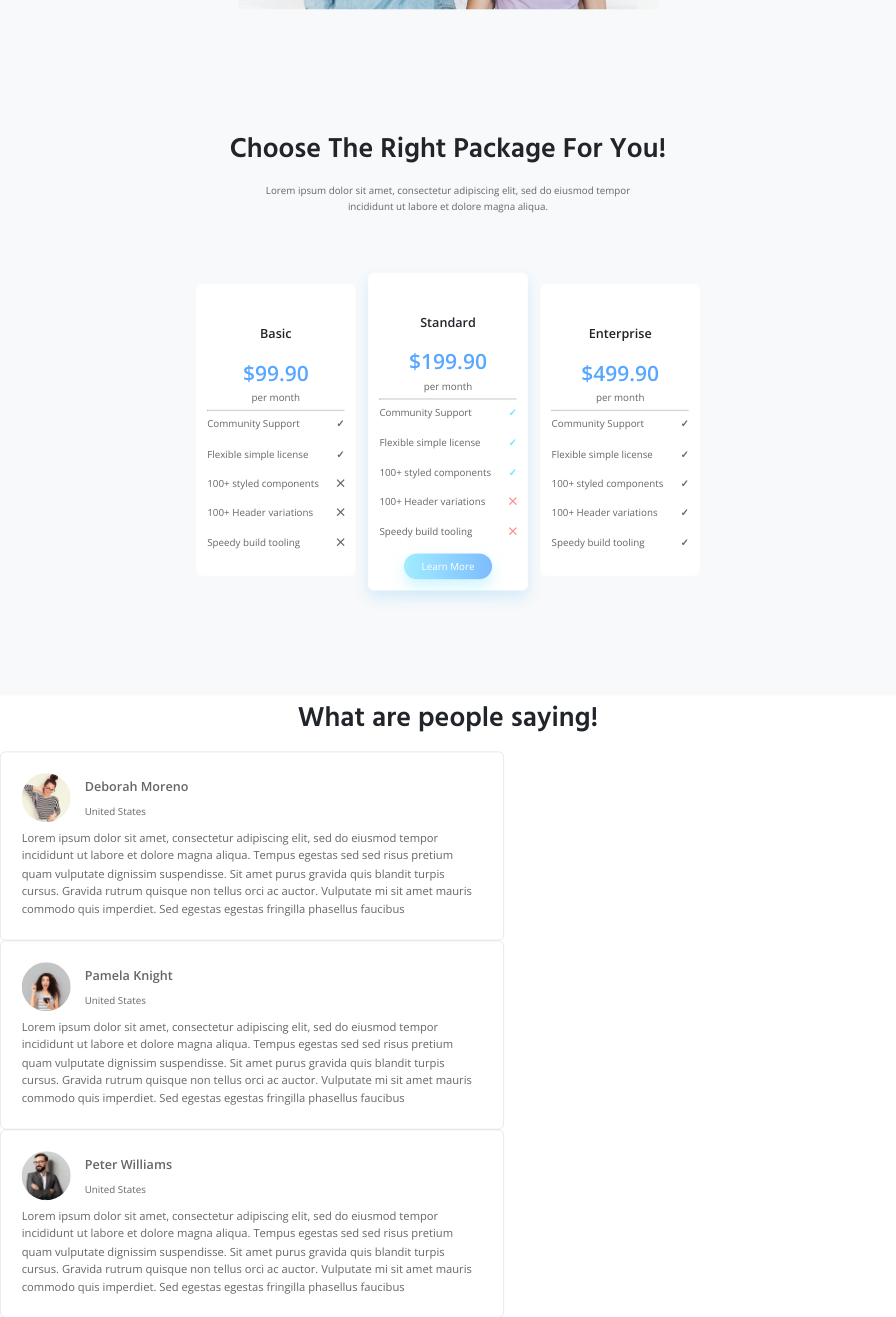
Repository: Sc-Juju/CodeRad
Page: index.html
An editor plug-in stored every save of this project. The page is shown before and after the next save, followed by the edit.
The browser window is 1280 px wide. The pictures show the part of the page from y = 2322 to 4242 px (the page is 4204 px tall before and 4242 px after), at 70% of full size.

Above is the page before, as saved 2022-11-11 21:39:09.

### index.html
<!DOCTYPE html>
<html>
	<head>
		<meta charset="utf-8" />
		<meta http-equiv="X-UA-Compatible" content="IE=edge" />
		<title>CodeRad</title>
		<meta name="description" content="" />
		<meta name="viewport" content="width=device-width, initial-scale=1" />

		<link
			href="https://fonts.googleapis.com/css2?family=Open+Sans:wght@300;400;600;700&display=swap"
			rel="stylesheet"
		/>
		<link
			href="https://fonts.googleapis.com/css2?family=Hind:wght@300;400;500;600;700&display=swap"
			rel="stylesheet"
		/>

		<link rel="stylesheet" href="./css/default.css" />
		<link rel="stylesheet" href="./css/styles.css" />
		<link rel="stylesheet" href="./css/responsive.css" />
	</head>
	<body>
		<nav class="navbar nav">
			<div class="container">
				<button
					class="navbar-toggler"
					aria-expanded="false"
					aria-controls="navbarDropdown"
				>
					<span>&#9776;</span>
				</button>
				<a class="navbar-brand" href="index.html">CodeRad</a>
				<ul class="navbar-nav">
					<li class="nav-link">
						<a href="#">Home</a>
					</li>

					<li class="nav-link">
						<a href="#">Blog</a>
					</li>
					<li class="nav-link">
						<a href="#">Portfolio</a>
					</li>
					<li class="nav-link">
						<a href="#">Contact</a>
					</li>
				</ul>
			</div>
		</nav>

		<header class="bg-header">
			<div class="container">
				<div class="hero-wrapper">
					<h2 class="hero-header">
						Young in our spirits and <br />
						modern look.
					</h2>
					<a class="btn btn-white" href="#">Learn more</a>
				</div>
			</div>
		</header>
		<!--Why me-->
		<section>
			<div class="container why-me-wrapper">
				<div class="block-text">
					<span>Why choose me</span>
					<h2>
						Meeting Your Needs <br />
						In Website Building
					</h2>
					<p>
						Lorem ipsum dolor sit amet, consectetur adipiscing elit,
						sed do eiusmod tempor incididunt ut labore et dolore
						magna aliqua.
					</p>
					<a href="" class="btn btn-primary">Learn More</a>
				</div>
				<div>
					<img src="./CodeRad-assets/image2.svg" alt="Icon Chart" />
				</div>
			</div>
		</section>
		<!--Services-->
		<section class="bg-contrast">
			<div class="container service-grid">
				<div class="service-card">
					<span class="bg-color-1"></span>
					<div>
						<h3>Branding</h3>
						<p>
							Lorem ipsum dolor sit amet, consectetur adipiscing
							elit, sed do eiusmod tempor incididunt ut labore et
							dolore magna aliqua. Ut morbi tincidunt augue
							interdum velit euismod in pellentesque. Congue
							mauris rhoncus aenean vel.
						</p>
					</div>
				</div>
				<div class="service-card">
					<span class="bg-color-2"></span>
					<div>
						<h3>Design & UX</h3>
						<p>
							Lorem ipsum dolor sit amet, consectetur adipiscing
							elit, sed do eiusmod tempor incididunt ut labore et
							dolore magna aliqua. Ut morbi tincidunt augue
							interdum velit euismod in pellentesque. Congue
							mauris rhoncus aenean vel.
						</p>
					</div>
				</div>
				<div class="service-card">
					<span class="bg-color-3"></span>
					<div>
						<h3>Development</h3>
						<p>
							Lorem ipsum dolor sit amet, consectetur adipiscing
							elit, sed do eiusmod tempor incididunt ut labore et
							dolore magna aliqua. Ut morbi tincidunt augue
							interdum velit euismod in pellentesque. Congue
							mauris rhoncus aenean vel.
						</p>
					</div>
				</div>
				<div class="service-card">
					<span class="bg-color-4"></span>
					<div>
						<h3>User analysis</h3>
						<p>
							Lorem ipsum dolor sit amet, consectetur adipiscing
							elit, sed do eiusmod tempor incididunt ut labore et
							dolore magna aliqua. Ut morbi tincidunt augue
							interdum velit euismod in pellentesque. Congue
							mauris rhoncus aenean vel.
						</p>
					</div>
				</div>
				<div class="service-card">
					<span class="bg-color-5"></span>
					<div>
						<h3>UX Research</h3>
						<p>
							Lorem ipsum dolor sit amet, consectetur adipiscing
							elit, sed do eiusmod tempor incididunt ut labore et
							dolore magna aliqua. Ut morbi tincidunt augue
							interdum velit euismod in pellentesque. Congue
							mauris rhoncus aenean vel.
						</p>
					</div>
				</div>
				<div class="service-card">
					<span class="bg-color-6"></span>
					<div>
						<h3>SEO Service</h3>
						<p>
							Lorem ipsum dolor sit amet, consectetur adipiscing
							elit, sed do eiusmod tempor incididunt ut labore et
							dolore magna aliqua. Ut morbi tincidunt augue
							interdum velit euismod in pellentesque. Congue
							mauris rhoncus aenean vel.
						</p>
					</div>
				</div>
			</div>
		</section>

		<!--Video Demo-->
		<section class="video-demo">
			<div class="container">
				<div class="block-text">
					<h2>Telling Our Story</h2>
					<p>
						Lorem ipsum dolor sit amet, consectetur adipiscing elit,
						sed do eiusmod tempor <br />
						incididunt ut labore et dolore magna aliqua.
					</p>
				</div>
				<div class="video-box">
					<a href="#" class="video-btn">
						<img
							src="./CodeRad-assets/play.svg"
							alt="Play Video Button"
						/>
					</a>
					<img
						src="./CodeRad-assets/demo-video-thumbnail.jpg"
						alt="Video thumbnail"
					/>
				</div>
			</div>
		</section>

		<!--Pricing plans-->
		<section class="bg-contrast">
			<div class="block-text pricing-header">
				<h2>Choose The Right Package For You!</h2>
				<p>
					Lorem ipsum dolor sit amet, consectetur adipiscing elit, sed
					do eiusmod tempor <br />
					incididunt ut labore et dolore magna aliqua.
				</p>
			</div>
			<div class="pricing-table">
				<div class="price-card">
					<h3>Basic</h3>
					<div class="price">$99.90</div>
					<div class="billed">per month</div>
					<hr />
					<ul>
						<li>
							<span class="title">Community Support</span>
							<span class="icon">&#10003;</span>
						</li>
						<li>
							<span class="title">Flexible simple license</span>
							<span class="icon">&#10003;</span>
						</li>
						<li>
							<span class="title">100+ styled components</span>
							<span class="icon">&#10761;</span>
						</li>
						<li>
							<span class="title">100+ Header variations</span>
							<span class="icon">&#10761;</span>
						</li>
						<li>
							<span class="title">Speedy build tooling</span>
							<span class="icon">&#10761;</span>
						</li>
					</ul>
				</div>

				<div class="price-card featured">
					<h3>Standard</h3>
					<div class="price">$199.90</div>
					<div class="billed">per month</div>
					<hr />
					<ul>
						<li>
							<span class="title">Community Support</span>
							<span class="icon checked">&#10003;</span>
						</li>
						<li>
							<span class="title">Flexible simple license</span>
							<span class="icon checked">&#10003;</span>
						</li>
						<li>
							<span class="title">100+ styled components</span>
							<span class="icon checked">&#10003;</span>
						</li>
						<li>
							<span class="title">100+ Header variations</span>
							<span class="icon times">&#10761;</span>
						</li>
						<li>
							<span class="title">Speedy build tooling</span>
							<span class="icon times">&#10761;</span>
						</li>
						<div class="plan-btn-wrapper">
							<a href="" class="btn btn-primary">Learn More</a>
						</div>
					</ul>
				</div>

				<div class="price-card">
					<h3>Enterprise</h3>
					<div class="price">$499.90</div>
					<div class="billed">per month</div>
					<hr />
					<ul>
						<li>
							<span class="title">Community Support</span>
							<span class="icon">&#10003;</span>
						</li>
						<li>
							<span class="title">Flexible simple license</span>
							<span class="icon">&#10003;</span>
						</li>
						<li>
							<span class="title">100+ styled components</span>
							<span class="icon">&#10003;</span>
						</li>
						<li>
							<span class="title">100+ Header variations</span>
							<span class="icon">&#10003;</span>
						</li>
						<li>
							<span class="title">Speedy build tooling</span>
							<span class="icon">&#10003;</span>
						</li>
					</ul>
				</div>
			</div>
		</section>

		<!--Testimonials-->
		<section class="testimonials">
			<div class="block-text">
				<h2>What are people saying!</h2>
			</div>
			<div class="testimonial-grid">
				<div class="testimonial-card">
					<div class="top">
						<img
							src="./CodeRad-assets/1.png"
							alt=""
							class="profile"
						/>
						<div class="top-info">
							<h4>Deborah Moreno</h4>
							<span>United States</span>
						</div>
					</div>
					<div class="bottom">
						<p>
							Lorem ipsum dolor sit amet, consectetur adipiscing
							elit, sed do eiusmod tempor incididunt ut labore et
							dolore magna aliqua. Tempus egestas sed sed risus
							pretium quam vulputate dignissim suspendisse. Sit
							amet purus gravida quis blandit turpis cursus.
							Gravida rutrum quisque non tellus orci ac auctor.
							Vulputate mi sit amet mauris commodo quis imperdiet.
							Sed egestas egestas fringilla phasellus faucibus
						</p>
					</div>
				</div>

				<div class="testimonial-card">
					<div class="top">
						<img
							src="./CodeRad-assets/2.png"
							alt=""
							class="profile"
						/>
						<div class="top-info">
							<h4>Pamela Knight</h4>
							<span>United States</span>
						</div>
					</div>
					<div class="bottom">
						<p>
							Lorem ipsum dolor sit amet, consectetur adipiscing
							elit, sed do eiusmod tempor incididunt ut labore et
							dolore magna aliqua. Tempus egestas sed sed risus
							pretium quam vulputate dignissim suspendisse. Sit
							amet purus gravida quis blandit turpis cursus.
							Gravida rutrum quisque non tellus orci ac auctor.
							Vulputate mi sit amet mauris commodo quis imperdiet.
							Sed egestas egestas fringilla phasellus faucibus
						</p>
					</div>
				</div>

				<div class="testimonial-card">
					<div class="top">
						<img
							src="./CodeRad-assets/3.png"
							alt=""
							class="profile"
						/>
						<div class="top-info">
							<h4>Peter Williams</h4>
							<span>United States</span>
						</div>
					</div>
					<div class="bottom">
						<p>
							Lorem ipsum dolor sit amet, consectetur adipiscing
							elit, sed do eiusmod tempor incididunt ut labore et
							dolore magna aliqua. Tempus egestas sed sed risus
							pretium quam vulputate dignissim suspendisse. Sit
							amet purus gravida quis blandit turpis cursus.
							Gravida rutrum quisque non tellus orci ac auctor.
							Vulputate mi sit amet mauris commodo quis imperdiet.
							Sed egestas egestas fringilla phasellus faucibus
						</p>
					</div>
				</div>
			</div>
		</section>
	</body>
</html>

### css/default.css
:root{
    --white:#fff;
    --black: #000;
    --font-color-base:#666;
    --font-color-dark:#212529;
    --font-color-light:#b0aebe;
    --font-color-link:#57a6ff;
    --footer:#34314b;
    --footer-base:2e2b45;
    --contrast:rgba(246, 248, 249, 0.8);
    --success: #64ecf5;
    --danger:#ff8b8d;
    --grad-1:#a1ecff;
    --grad-2:#7dbcff;


    --size-10:0.625rem;
    --size-14:0.875rem;
    --size-16:1rem;
    --size-18:1.125rem;
    --size-20:1.25rem;
    --size-30:1.875rem;
    --size-40:2.5rem;
    --size-50:3.125rem;
    --size-100:6.25rem;
    --size-150:9.375rem;
}
body{
    font-family:"Open Sans", sans-serif;
    font-weight: 400;
    font-size:0.875rem;
    line-height: 1.6;
    letter-spacing: 0;
    color: var(--font-color-base);
    margin:0;
    padding:0;
}
*,
::after,
::before{
    box-sizing: border-box;
}
ul{
    padding:0;
    margin:0;
    list-style: none;
}
a {text-decoration: none;}
p {margin-top:0;}
h2{
    font-size:1.75rem;
    font-weight:500;
    line-height:1.2;
}
img {
    width:100%;
    max-width:100%;
    vertical-align:middle;
    border-style: none;
}
.container{
    width: 100%;
    padding-left:15px;
    padding-right:15px;
    margin-right:auto;
    margin-left:auto;
}

.btn{
    display: inline-block;
    font-weight: 400;
    color: var(--font-color-dark);
    text-align: center;
    cursor: pointer;
    user-select: none;
    background-color: transparent;
    border: 1px solid transparent;
    padding: .375rem .75rem;
    border-radius:1.25rem;
    transition: ease-in-out .3s;
}
.btn-primary{
    background-image: linear-gradient(90deg, var(--grad-1)0%, var(--grad-2)100%);
    border: 1px var(--grad-1);
    box-shadow: 0 10px 20px rgba(161, 236, 255, .5);
    transition: ease-in-out .3s;
    color: var(--white);
    padding: .4375rem 1.5625rem;
}

.btn-white{
    background-color: var(--white);
    color: var(--font-color-link);
    box-shadow: 0px 10px 20px rgba(255, 255, 255, .35);
    padding: .475rem 1.75rem;
}

@media (min-width:1200px){
    .container{ max-width: 1140px; }
}
@media (min-width:768px){
    .pricing-table,
    .testimonial-grid{max-width:720px;}
}

### css/styles.css
.navbar{
    position: fixed;
    top: 0;
    right: 0;
    left: 0;
    z-index: 200;
    transition: ease-in-out .3s;
}
[aria-controls="navbarDropdown"]{
    display:none;
}
.navbar-nav{
    display: flex;
    align-items: center;
}
.navbar .container{
    display: flex;
    align-items: center;
}
.navbar-brand{
    margin-right:auto;
    font-size: 2rem;
    font-weight: 700;
    width: 100%;
    transition: ease-in-out .3s;
    color: var(--white);

}
.bg-header,
.video-demo{
    background-color: var(--footer);
    background-repeat: no-repeat;
    background-size: cover;
    background-position:50% 20%;
    position: relative;
    z-index: 1;
    padding: 4.6875rem 0;
}
.bg-header{background-image: url(../CodeRad-assets/bg-header-1.jpg);}
.video-demo{background-image: url(../CodeRad-assets/bg-demo.jpg);}
.bg-header::before{
    background-image: linear-gradient(30deg,
    rgba(21,27,38, .8)0%,
    rgba(0,0,0,.2)100%);
    position: absolute;
    content:"";
    top: 0;
    left: 0;
    right: 0;
    bottom: 0;
    width: 100%;
    height: 100%;
    z-index: -1;
}
.nav-link a{
    color: var(--white);
    font-size: .8125rem;
    font-weight: 600;
    font-family: "Hind", sans-serif;
    text-transform: uppercase;
    margin-right: 2.5rem;
    line-height: 1.25rem;
}
.hero-header{
    color: var(--white);
}
.why-me-wrapper{
    display: flex;
    align-items: center;
}
.why-me-wrapper div{
    flex: 1;
}
.block-text{
    padding-right: var(--size-50);
}
.block-text span{
    color: var(--font-color-dark);
    font-weight: 300;
}
.block-text h2{
    font-size: var(--size-40);
    font-family: "Hind", sans-serif;
    font-weight: 600;
    color: var(--font-color-dark);
    margin-bottom: var(--size-20);
    line-height: 1.3;
    margin-top: 0.5rem;
}
.bg-contrast{
    background-color: var(--contrast);
    padding: var(--size-150) 0;
    margin: 0 auto;
}
.service-grid{
    display: grid;
    grid-template-columns: repeat(auto-fit,minmax(300px, 1fr));
    gap: var(--size-20);
}
.service-card{
    padding: var(--size-30);
    box-shadow: 0 0 10px rgba(48, 63, 100, .15);
    background: white;
    border-radius: 8px;
}
.service-card span{
    width:4.375rem;
    height: 4.375rem;
    background: green;
    display: block;
    float: left;
    margin-right: 15px;
    border-radius: 50%;
    background: var(--font-color-light);
}
span.bg-color-1 {background-image: linear-gradient(90deg, #9ccdf3 0%, #94aafd 100%);}
span.bg-color-2 {background-image: linear-gradient(90deg, #55edc0 0%, #4bdbdb 100%);}
span.bg-color-3 {background-image: linear-gradient(90deg, #fda498 0%, #f58b9e 100%);}
span.bg-color-4 {background-image: linear-gradient(90deg, #f2a7ca 0%, #c289f4 100%);}
span.bg-color-5 {background-image: linear-gradient(90deg, #ffc187 0%, #fe93a7 100%);}
span.bg-color-6 {background-image: linear-gradient(90deg, #a1ecff 0%, #7dbcff 100%);}

.video-demo{text-align: center;}
.video-demo .block-text{padding-right: 0;}

.video-demo .block-text h2,
.video-demo .block-text p{
    color: var(--white);
}

.video-btn{
    position: absolute;
    top: 50%;
    left: 50%;
    transform: translate(-50%, -50%);
    box-shadow: 0 10px 20px rgba(57, 166, 251, .3);
}
.video-btn img{
    height: var(--size-100);
    width: var(--size-100);
}
.video-box{
    position: relative;
    margin-bottom: -9.375rem;
    z-index: 100;
}
.video-box > img{
    max-width: 600px;
    border-radius: 8px;
}
.block-text.pricing-header{
    text-align: center;
    padding-right: 0;
    margin: var(--size-100) 0;
}
.pricing-table{
    display: grid;
    grid-template-columns: repeat(auto-fit, minmax(215px, 1fr));
    gap: var(--size-18);
    margin: auto;
    align-items: flex-start;
}
.price-card{
    background-color:var(--white);
    border-radius: 8px;
    padding: var(--size-16);
}
.price-card .checked{color: var(--success);}
.price-card .times{color: var(--danger);}

.price-card.featured{
    box-shadow: 0 10px 20px rgba(82,179,255,.2);
    margin-top: -1rem;
}
.price-card h3{
    margin-top: var(--size-40);
    font-size: var(--size-18);
    color: var(--font-color-dark);
    font-weight: 600;
}
.plan-card hr{margin: 2rem 0 1rem;}
.price{
    color: var(--font-color-link);
    font-size: var(--size-30);
    font-weight: 600;
}
.price-card h3,
.price-card .price,
.price-card .billed{text-align: center;}

.price-card li{margin-bottom: var(--size-20);}
.price-card .icon{
    float: right;
    font-weight:600;
}
.plan-btn-wrapper{text-align: center;}

.testimonials .block-text{
    padding-right: 0;
    text-align: center;
}

.testimonial-card{
    border: 1px solid #dedede;
    border-radius: 8px;
    padding: var(--size-30);
}

.testimonial-card .top{
    display:flex;
    align-items: center;
    padding-bottom: var(--size-10);
}

.testimonial-card img.profile{
    width: 70px;
    border-radius: 50%;
    margin-right: var(--size-20);
}

.top h4{
    margin-top: 0;
    margin-bottom: var(--size-10);
    font-weight: 600;
    font-size: var(--size-18);
}

.bottom p{
    margin: 0;
    font-size: var(--size-16);
    line-height: 1.6;
}

Loaded but not shown: css/responsive.css (no copy from this time; the picture is the same without it)

After the next save:
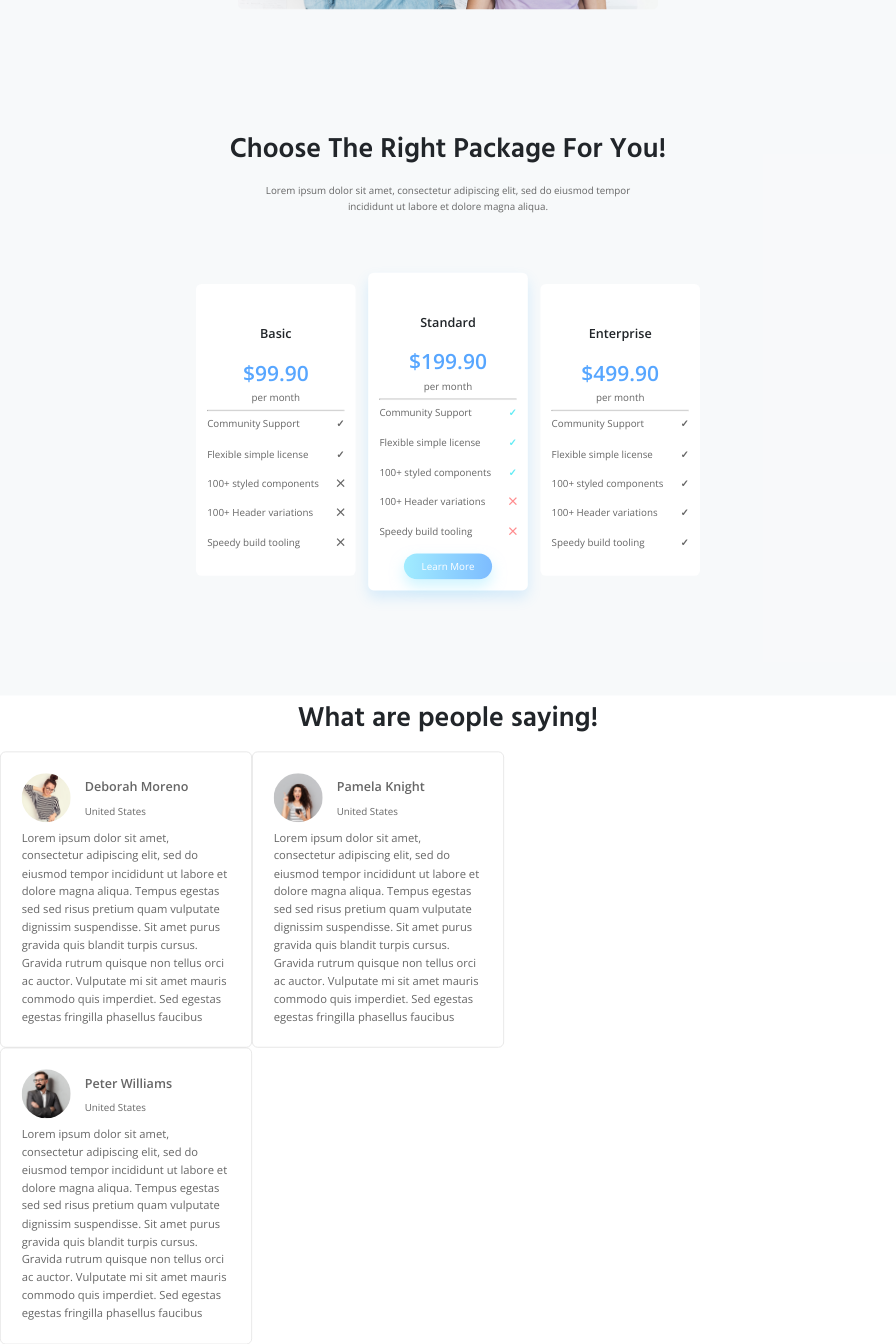
Saved 119 s later.
--- a/css/styles.css
+++ b/css/styles.css
@@ -195,6 +195,12 @@ span.bg-color-6 {background-image: linear-gradient(90deg, #a1ecff 0%, #7dbcff 10
 }
 .plan-btn-wrapper{text-align: center;}
 
+.testimonial-grid{
+    display: grid;
+    grid-template-columns: repeat(auto-fit, minmax(300px, 1fr));
+    grid-template-rows: 1fr 1fr;
+}
+
 .testimonials .block-text{
     padding-right: 0;
     text-align: center;
